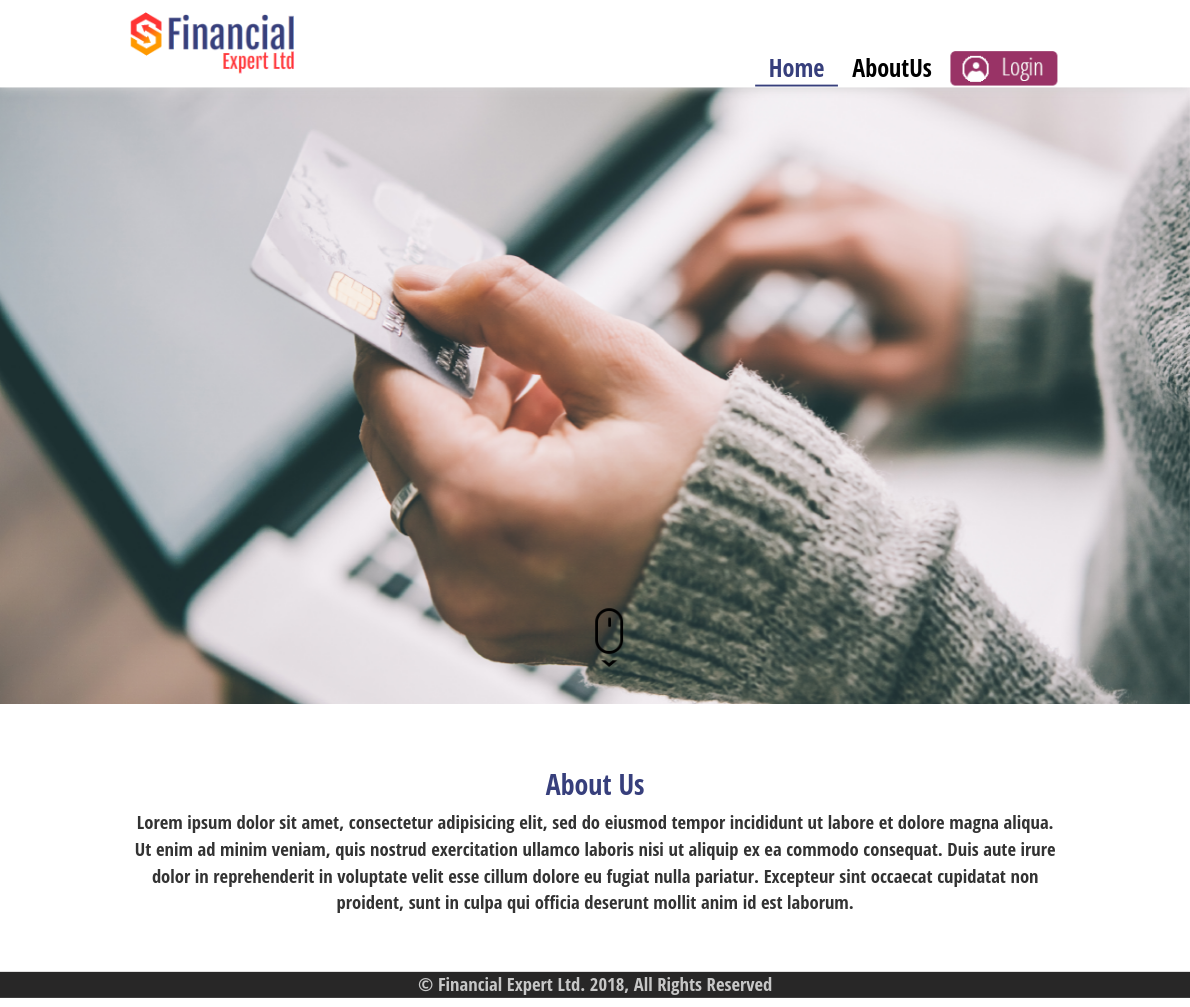
Repository: intkhabahmed/AcceleratedBootcampWebsites
Page: http://localhost/BenefitsCards/UI/index.jsp
An editor plug-in stored every save of this project. The page is shown before and after the next save, followed by the edit.
The browser window is 1280 px wide. The pictures show the whole page, at 93% of full size.
Some web fonts or font styles are not loaded; a fallback is used. The page is served by Tomcat 9. Nobody is signed in. The application's start-up code is not run. Other server files are loaded and not shown.

Above is the page before, as saved 2018-01-29 07:38:20.

### BenefitsCards/WebContent/UI/index.jsp
<%@ page language="java" contentType="text/html; charset=ISO-8859-1"
	pageEncoding="ISO-8859-1"%>
<%@taglib uri="http://java.sun.com/jsp/jstl/core" prefix="c" %>
<!DOCTYPE html>
<html>
<head>
	<title>Home</title>
	<meta http-equiv="Content-Type" content="text/html; charset=ISO-8859-1">
	<meta name="viewport" content="width=device-width, initial-scale=1.0">
	<link rel="stylesheet" type="text/css" href="css/bootstrap.min.css">
	<link rel="stylesheet" type="text/css" href="css/font-awesome.min.css">
	<link rel="stylesheet" type="text/css" href="css/custom.css">
	<link href='https://fonts.googleapis.com/css?family=Open Sans Condensed:300' rel='stylesheet'>
</head>
<body id="home">

	<jsp:include page="header.jsp"></jsp:include>


	<!-- <div class="row"> -->
		<div id="carousel-example-generic" class="carousel slide" data-ride="carousel">
	  <!-- Indicators -->
			<img src="images/downarrow.png" alt="DownArrow" id="downarrow" />
			  <!-- Wrapper for slides -->
			  <div class="carousel-inner" role="listbox">
			    <div class="item active">
			      <img src="images/banner.png" alt="">
			    </div>
			  </div>

			  <!-- Controls -->
			  <!-- <a class="left carousel-control" href="#carousel-example-generic" role="button" data-slide="prev">
			    <span class="icon-prev"  id="left-control-button" aria-hidden="true"></span>
			    <span id="left-indicator"><img src="images/leftarrow.png" aria-hidden="true"></span>
			    <span class="sr-only">Previous</span>
			  </a>
			  <a class="right carousel-control" href="#carousel-example-generic" role="button" data-slide="next">
			    <span class="icon-next" id="right-control-button" aria-hidden="true"></span>
			    <span id="right-indicator"><img src="images/rightarrow.png" aria-hidden="true"></span>
			    <span class="sr-only">Next</span>
			  </a> -->
		</div><!--end carousel-->

	<!-- </div> -->
<div class="container">
	<hr>
	<div class="row">
		<div id="aboutus">
			<h2 align="center">About Us</h2>
			<p align="center">Lorem ipsum dolor sit amet, consectetur adipisicing elit, sed do eiusmod
			tempor incididunt ut labore et dolore magna aliqua. Ut enim ad minim veniam,
			quis nostrud exercitation ullamco laboris nisi ut aliquip ex ea commodo
			consequat. Duis aute irure dolor in reprehenderit in voluptate velit esse
			cillum dolore eu fugiat nulla pariatur. Excepteur sint occaecat cupidatat non
			proident, sunt in culpa qui officia deserunt mollit anim id est laborum.</p>
		</div><!--end aboutus-->
	</div>
	<hr>
</div><!--end container-->
<div id="footer">
	<footer>
		<p align="center">&copy; Financial Expert Ltd. 2018, All Rights Reserved</p>
	</footer>
</div>
<div class="overlay" title="click to close">
</div>
<div id="loginWindow">
		<h2 align="center">Login Form</h2>
		<form class="form-vertical" method="post" action="login.html" id="login_form">
			<div class="form-group">
				<input type="text" name="username" required="required" class="form-control" placeholder="Enter UserName" />
				<input type="password" name="password" required="required" class="form-control" placeholder="Enter Password" />

			</div>
			<div class="form-group">
				<a href="#" class="pull-left"><h4>Forgot Password?</h4></a>
				<input type="submit" name="login_btn" id="login_btn" value="Login" class="pull-right btn btn-default"/>
			</div>
		</form>
</div>
<div id="queryWindow">
		<h2 align="center">Query Form</h2>
		<form class="form-vertical" method="post" action="askQuery.html" id="query_form">
			<div class="form-group">
				<label class="form-label" for="receiver">Choose Company</label>
				<br><input type="radio" name="receiver" required="required"
					 value="BeneesFradia"/> BeneesFradia &nbsp;&nbsp;<input type="radio" name="receiver" value="Company2"/> Company2 <br>
			</div>
			<div class="form-group">
				<textarea rows="4" class="form-control" placeholder="Enter the query" name="query"></textarea>
				<input type="submit" name="querySubmit_btn" id="querySubmit_btn" value="Send" class="form-control btn btn-default" />
			</div>
		</form>
</div>

<script type="text/javascript" src="js/jquery-3.1.0.min.js"></script>
<script type="text/javascript" src="js/bootstrap.min.js"></script>
<script type="text/javascript" src="js/custom.js"></script>
<c:if test="${errorMessage ne null}">
<%-- 	<div class="alert alert-danger" role="alert" >"${errorMessage}"</div> --%>
	<script>
		alert("${errorMessage}");
		showLoginPage();
	</script>
</c:if>
<c:if test="${successMessage ne null}">
<%-- 	<div class="alert alert-success" role="alert">"${successMessage}"</div> --%>
	<script>
		alert("${successMessage}");
	</script>
</c:if>
</body>
</html>

### BenefitsCards/WebContent/UI/header.jsp
<%@ page language="java" contentType="text/html; charset=ISO-8859-1"
    pageEncoding="ISO-8859-1"%>
<%@taglib uri="http://java.sun.com/jsp/jstl/core" prefix="c" %>
<nav class="navbar navbar-custom navbar-custom-fitting">
	  <div class="container">
	    <!-- Brand and toggle get grouped for better mobile display -->
	    <div class="navbar-header">
	      <button type="button" class="navbar-toggle collapsed" data-toggle="collapse" data-target="#bs-example-navbar-collapse-1" aria-expanded="false">
	        <span class="sr-only">Toggle navigation</span>
	        <span class="icon-bar"></span>
	        <span class="icon-bar"></span>
	        <span class="icon-bar"></span>
	      </button>
	      <a class="navbar-brand" href="index.html"><img src="images/team1logo.png" height="70" alt="Team1"></a>
	    </div>

	    <!-- Collect the nav links, forms, and other content for toggling -->
	    <div class="collapse navbar-collapse" id="bs-example-navbar-collapse-1">
	      <ul class="nav navbar-nav navbar-right" id="main-nav">
	        <li class="active"><a href="#home">Home <span class="sr-only">(current)</span></a></li>
	        <li><a href="#aboutus">AboutUs</a></li>
	        <c:if test="${sessionScope.user.username eq null}">
	        <li id="login_button" onclick="showLoginPage()"><img src="images/loginbtn.png" class="img img-responsive"/></li>
	      	</c:if>
	      	<c:if test="${sessionScope.user.username ne null}">
	      	<li id="raiseQuery_btn"><a href="#">Support</a></li>
	        <li class="dropdown">
	          <a href="#" class="dropdown-toggle" data-toggle="dropdown" role="button" aria-haspopup="true" aria-expanded="false">${sessionScope.user.username } <span class="fa fa-angle-down"></span></a>
	          <ul class="dropdown-menu">
	            <li><a href="showProfile.html">View Profile</a></li>
	            <li><a href="logout.html">Logout</a></li>
	          </ul>
	        </li>
	        </c:if>
	      </ul>
	    </div><!-- /.navbar-collapse -->
	  </div><!-- /.container-fluid -->
	</nav>

### BenefitsCards/WebContent/css/custom.css
/****************************Common CSS**************************/

.padding-10x{
	padding: 10px;
}
.padding-5x{
	padding: 5px;
}
.padding-20x{
	padding: 20px;
}

.center{
	display: block;
	margin: 0 auto;
}
.no-margin {
	margin: 0;
}
.error {
	color: red;
}
.success {
	color: #5cb85c;
}
#errorBlock{
	position: absolute;
	top: 15%;
	width: 100%;
}
body {
	font-family: Open Sans Condensed !important;
	font-size: 20px !important;
}
.dropdown-menu {
	font-size: 18px;
    background-color: #000;
    opacity: 0.7;
    border: 1px solid #ccc;
    border: 1px solid rgba(0,0,0,.15);
    border-radius: 0px;
    top: 110%;
}
.dropdown-menu li a{
	color: #ffffff;
}
.dropdown-menu li a:hover {
	color: #8080ff;
	background: #000000;
	opacity: 1;
}
.dropdown> a{
	max-height: 36px;
}

input, button, .form-control, .btn {
	border-radius: 0px !important;
}

input[type=submit]:hover, .btn:hover {
	color: #333333;
}
/***********************Index Page*********************************/
hr {
	border-top: none;
}
#home {
	padding-top: 94px;
}
#formContainer {
	border-radius: 15px;
	padding: 10px;
	z-index: 1;
}

#login_btn_cover {
	padding: 3px;
}

#homeBannerImage{
	min-height: 370px;
	z-index: 1;
}

@media screen and (min-width: 991px){
	.navbar-custom-fitting {
		width: 100%;
	}
	.container {
		max-width: 1024px;
	}

	.navbar-brand {
		padding: 10px !important;
	}
	#main-nav {
		margin-top: 39px;
		height: 53px;
		padding-top: 15px;
	}
	nav> .container {
		height: auto;
	}

	.carousel {
		width: 100%;

	}
	.carousel-inner>.item>img {
		width: 100%;
	}
	#loginWindow {
		width: 30vw;
		left: 35vw;
	}
	#uploadWindow {
		width: 40vw;
		left: 30vw;
	}
	#queryWindow {
		width: 30vw;
		left: 35vw;
	}
}

@media screen and (min-width: 768px) and (max-width: 990px){
	#main-nav {
		height: 40px;
		padding-top: 23px;
		margin-top: 30px;
	}

	.navbar-custom-fitting {
		width: 100%;
	}
	.navbar-brand {
		padding: 10px !important;
    	height: auto;
	}
	#login_button {
		margin-bottom: 2px;
	}
	nav> .container {
		height: 92px;
	}
	.carousel {
		width: 100%;
		height: 60vh;
	}
	.carousel-inner>.item>img {
		width: 100%;
		height: 60vh;
	}
	.container {
		max-width: 100%;
		width: 100%;
	}
	#loginWindow {
		width: 40vw;
		left: 35vw;
	}
	#uploadWindow {
		left: 30vw;
		width: 40vw;
	}
	#queryWindow {
		width: 40vw;
		left: 35vw;
	}
}

@media screen and (max-width: 767px){
	nav> .container {
		padding: 2px;
		width: 100%;
		height: auto;
	}

	.navbar-custom-fitting {
		width: 100%;
	}
	.navbar-brand {
		padding: 0px 25px !important;
	}
	.navbar-header {
		height: 90px;
	}
	#main-nav {
		margin-top: 39px;
		background-color: #ffffff;
   	 	padding: 15px;

	}
	#login_button {
		margin: 5px 15px;
	}
	.carousel {
		width: 100%;
		height: 50vh;
		margin: 0 auto;
	}
	.carousel-inner>.item>img {
		width: 100%;
		height: 50vh;
	}
	.container {
		max-width: 100%;
		width: 100%;
	}
	#loginWindow, #uploadWindow, #queryQindow {
		width: 100%;
	}
	#shortcut_links .col-sm-4 img {
		display: block;
		margin: 0 auto;
		width: 100%;
	}
	.navbar-toggle {
		margin-top: 30px;
    	margin-right: 45px;
	}
}
.navbar-nav {
	font-size: 26px !important;
}
#login_button {
	cursor: pointer;
	margin-left: 5px;
}
.navbar-nav> .active a {
	border-bottom: 2px solid #373f7c ;
	color: #373f7c !important;
	background-color: transparent !important;
}

.navbar {
	border-radius: 0px;
}

.navbar-custom {
	background: #FFFFFF;
}

.navbar-nav a {
	transition: all 0.5s ease-in-out;
}

.contact-form-fields input {
	margin: 3px 0;
}

.navbar-nav a{
	color: #000000;
}

.navbar-custom-fitting {
	position: fixed;
	top: 0;
	z-index: 1030;
	box-shadow: -1px 1px 11px 0px #d2d2d2;
}

.navbar-nav>li>a {
	padding: 8px 15px !important;
}

/***********************UserProfile Page*********************************/
.navbar-toggle>.icon-bar {
	background-color: #000000;
}
.navbar-toggle {
	border-color: #000000;
}
.navbar-toggle:hover {
	border-color: #333333;
	background-color: #eeeeee;
}

/***********************Footer******************************************/
#footer {
	background: #282727;
	color: #c7c7c7;
	width: 100%;
}

#footerSpace{
	margin-top: 65px;
}

/***********************Error Page*********************************/
#errorBlock{
	position: absolute;
	top: 15%;
	width: 100%;
}

/***********************Login Modal View*********************************/
.overlay {
	position: fixed;
	top: 0;
	left: 0;
	width: 100%;
	opacity: 0.7;
	min-height: 100%;
	display: none;
	background-color: #000000;
	z-index: 1031;
	cursor: pointer;
}
#loginWindow, #uploadWindow, #queryWindow {
	position: fixed;
	top: 25vh;
	z-index: 1032;
	opacity: 1;
	display: none;
	color: #ffffff;
	background-color: #373f7c;
	padding: 10px;
}
#loginWindow a {
	color: #eeeeee;
}

#login_form input, #upload_form input, #query_form input{
	margin: 10px 0;

}

textarea {
    resize: none;
}

#left-control-button, #right-control-button {
	padding-bottom: 5px;
	background-color: #ffffff;
	color: #000000;
}

#aboutus {
	padding: 10px;

}
#aboutus h2 {
	color: #373f7c;
}
.carousel-control {
	top: 50%;
}
.carousel-control.left, .carousel-control.right {
	background-image: none;
}

#downarrow {
	position: absolute;
	bottom: 40px;
	left: 50%;
	z-index: 1;
}


#profile_logo_container {
	box-shadow: 0px 1px 11px 0px #d2d2d2;
	padding: 5px;
	width: 100%;
}
#login_btn, #querySubmit_btn {
	background: #ffffff;
}
#login_btn:hover, #querySubmit_btn:hover {
	color: #373f7c;
}
input[type=submit], .btn {
	font-size: 26px;
	padding-top: 0px;
	border: 0px;
	background: #373f7c;
}
input[type=submit]:active, .btn:active {
	background: #373f7c !important;
}
input[type=submit]:hover, .btn:hover {
	background: #373f7c;
	color: #eeeeee;
}

### BenefitsCards/WebContent/js/custom.js
$(function(){
	$("nav a").click(function(){
		$('html, body').animate({
        scrollTop: $(this.hash).offset().top
    }, 1500);
    return false;
	});

	$("nav a").click(function(){
		$("nav li").removeClass("active");
		$(this).parent().addClass("active");
	});


	$(".overlay").on('click', function(){
		$(this).fadeOut();
		$("#loginWindow").fadeOut();
		$("#uploadWindow").fadeOut();
		$("#queryWindow").fadeOut();
	});

	$("#uploadForm, #uploadForm_shortcut").on('click', function(){
		$(".overlay").fadeIn();
		$("#uploadWindow").fadeIn();
		return false;
	});

	$("#raiseQuery_btn").on('click', function(){
		$(".overlay").fadeIn();
		$("#queryWindow").fadeIn();
	});

	$(".carousel-control.left").mouseenter(function(){
		$("#left-indicator img").attr("src", "images/leftarrow_ro.png");
	});
	$(".carousel-control.right").mouseenter(function(){
		$("#right-indicator img").attr("src", "images/rightarrow_ro.png");
	});

	$(".carousel-control.left").mouseleave(function(){
		$("#left-indicator img").attr("src", "images/leftarrow.png");
	});
	$(".carousel-control.right").mouseleave(function(){
		$("#right-indicator img").attr("src", "images/rightarrow.png");
	});

	$("#proposalSubmit_btn").bind('click', function(){
		var input = document.getElementById("fileInput");
		if(input.files[0].size >= 10485760){
			alert("File size should be less than 10MB");
			return false;
		}else{
			$("#upload_form").attr("action", "uploadFile.html");
			return true;
		}
	});

	$("#login_button img").mouseenter(function(){
		$(this).attr("src", "images/loginbtn_over.png");
	});
	$("#login_button img").mouseleave(function(){
		$(this).attr("src", "images/loginbtn.png");
	});

});
function showLoginPage(){
	$(".overlay").fadeIn();
	$("#loginWindow").fadeIn();
}
function showAlert(value){
	alert(value.text());
}

Loaded but not shown: BenefitsCards/WebContent/css/bootstrap.min.css (library); BenefitsCards/WebContent/css/font-awesome.min.css (library); BenefitsCards/WebContent/js/jquery-3.1.0.min.js (library); BenefitsCards/WebContent/js/bootstrap.min.js (library)

After the next save:
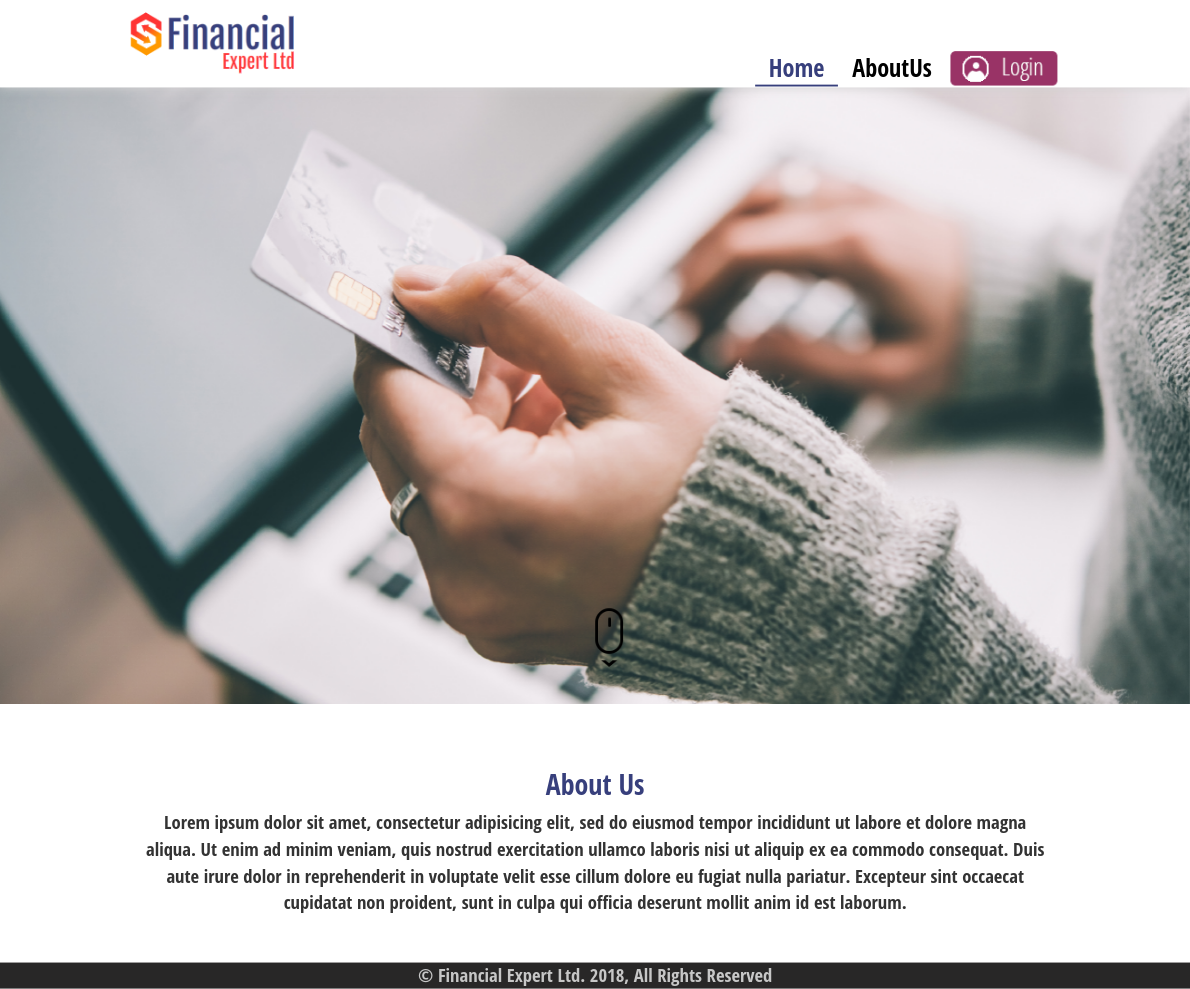
Saved 2 h 20 min later.
--- a/BenefitsCards/WebContent/css/custom.css
+++ b/BenefitsCards/WebContent/css/custom.css
@@ -59,6 +59,9 @@ input, button, .form-control, .btn {
 
 input[type=submit]:hover, .btn:hover {
 	color: #333333;
+}
+p {
+    margin: 0 10px;
 }
 /***********************Index Page*********************************/
 hr {
